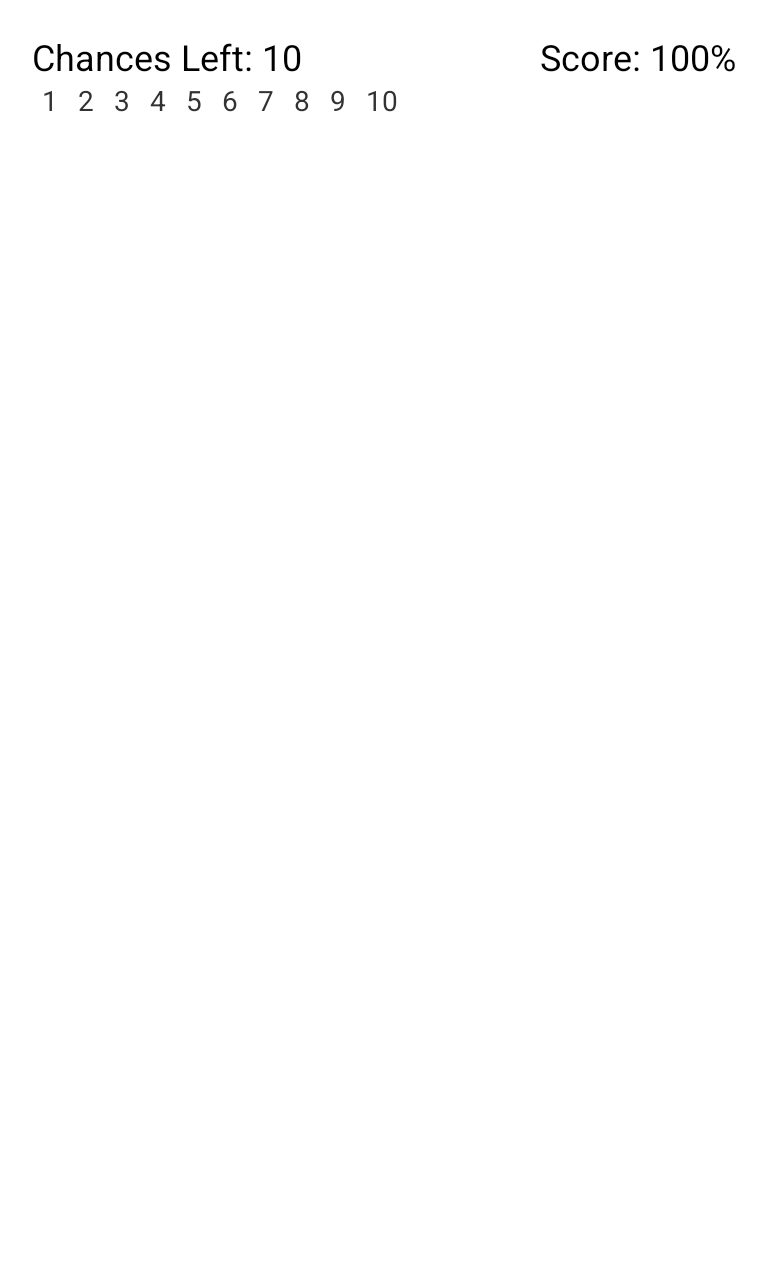
Repository: lethe13/AndroidProgramming
Layout: COMP304-Group1-MicroProject5/res/layout/activity_graphical_guessing_game.xml
The author's editor kept a copy of each file at every save. The layout is drawn from the files as they stood at one save, then again after the next save.
It is drawn on a 768 x 1280 px phone screen (xhdpi) without system bars, with theme AppTheme; the app's code is not run.

Above is the layout before, as saved 2015-11-16 21:18:29.

### COMP304-Group1-MicroProject5/res/layout/activity_graphical_guessing_game.xml
<RelativeLayout xmlns:android="http://schemas.android.com/apk/res/android"
    xmlns:tools="http://schemas.android.com/tools"
    android:layout_width="match_parent"
    android:layout_height="match_parent"
    android:paddingBottom="@dimen/activity_vertical_margin"
    android:paddingLeft="@dimen/activity_horizontal_margin"
    android:paddingRight="@dimen/activity_horizontal_margin"
    android:paddingTop="@dimen/activity_vertical_margin"
    tools:context="com.example.comp304_group1_microproject5.GraphicalGuessingGame" >

     <TextView
        android:id="@+id/lblChance"
        android:layout_width="wrap_content"
        android:layout_height="wrap_content"
        android:text="Chances Left: 10"
        android:textAppearance="?android:attr/textAppearanceMedium" />

     <TextView
        android:id="@+id/lblScore"
        android:layout_width="wrap_content"
        android:layout_height="wrap_content"
        android:text="Score: 100%"
        android:layout_alignParentRight="true"
        android:textAppearance="?android:attr/textAppearanceMedium" />

<!--
    <TextView
        android:id="@+id/lblInput"
        android:layout_width="wrap_content"
        android:layout_height="wrap_content"
        android:layout_marginTop="10dp"
        android:layout_below="@+id/lblChance"
        android:text="Guess a number between 0 and 100!"
        android:textAppearance="?android:attr/textAppearanceMedium" />

    <EditText
        android:id="@+id/txtInput"
        android:layout_width="wrap_content"
        android:layout_height="wrap_content"
        android:layout_below="@+id/lblInput"
        android:inputType="number"
        android:ems="10" >

        <requestFocus />
    </EditText>

   <Button
        android:id="@+id/btnGo"
        android:layout_width="wrap_content"
        android:layout_height="wrap_content"
        android:layout_centerHorizontal="true"
        android:layout_below="@+id/txtInput"
        android:text="Guess" />

    <TextView
       android:id="@+id/lblMessage"
       android:layout_width="wrap_content"
       android:layout_height="wrap_content"
       android:layout_marginTop="10dp"
       android:layout_below="@+id/btnGo"
       android:text="" />

 -->

    <TableLayout
        android:id="@+id/tblGame"
        android:layout_width="wrap_content"
        android:layout_height="wrap_content"
        android:layout_centerVertical="true"
        android:layout_below="@+id/lblChance" >

        <TableRow
            android:id="@+id/tableRow1"
            android:layout_width="wrap_content"
            android:layout_height="wrap_content" >

            <TextView android:id="@+id/tv1"
		       android:layout_width="wrap_content"
		       android:layout_height="wrap_content"
		       android:paddingLeft="5dp"
		       android:paddingRight="5dp"
		       android:text="1" />

            <TextView android:id="@+id/tv2"
		       android:layout_width="wrap_content"
		       android:layout_height="wrap_content"
		       android:paddingLeft="5dp"
		       android:paddingRight="5dp"
		       android:text="2" />

            <TextView android:id="@+id/tv3"
		       android:layout_width="wrap_content"
		       android:layout_height="wrap_content"
		       android:paddingLeft="5dp"
		       android:paddingRight="5dp"
		       android:text="3" />

            <TextView android:id="@+id/tv4"
		       android:layout_width="wrap_content"
		       android:layout_height="wrap_content"
		       android:paddingLeft="5dp"
		       android:paddingRight="5dp"
		       android:text="4" />

            <TextView android:id="@+id/tv5"
		       android:layout_width="wrap_content"
		       android:layout_height="wrap_content"
		       android:paddingLeft="5dp"
		       android:paddingRight="5dp"
		       android:text="5" />

            <TextView android:id="@+id/tv6"
		       android:layout_width="wrap_content"
		       android:layout_height="wrap_content"
		       android:paddingLeft="5dp"
		       android:paddingRight="5dp"
		       android:text="6" />

            <TextView android:id="@+id/tv7"
		       android:layout_width="wrap_content"
		       android:layout_height="wrap_content"
		       android:paddingLeft="5dp"
		       android:paddingRight="5dp"
		       android:text="7" />

            <TextView android:id="@+id/tv8"
		       android:layout_width="wrap_content"
		       android:layout_height="wrap_content"
		       android:paddingLeft="5dp"
		       android:paddingRight="5dp"
		       android:text="8" />

            <TextView android:id="@+id/tv9"
		       android:layout_width="wrap_content"
		       android:layout_height="wrap_content"
		       android:paddingLeft="5dp"
		       android:paddingRight="5dp"
		       android:text="9" />

            <TextView android:id="@+id/tv10"
		       android:layout_width="wrap_content"
		       android:layout_height="wrap_content"
		       android:paddingLeft="5dp"
		       android:paddingRight="5dp"
		       android:text="10" />
        </TableRow>

    </TableLayout>

    <LinearLayout
        android:id="@+id/drawarea"
        android:layout_width="wrap_content"
        android:layout_height="wrap_content"
        android:layout_alignParentRight="true"
        android:layout_below="@+id/lblScore"
        android:orientation="vertical" >
    </LinearLayout>

</RelativeLayout>

Loaded but not shown: COMP304-Group1-MicroProject5/res/values/styles.xml (common file); COMP304-Group1-MicroProject5/res/values-v11/styles.xml (common file); COMP304-Group1-MicroProject5/res/values-v14/styles.xml (common file); COMP304-Group1-MicroProject5/res/values/dimens.xml (common file); COMP304-Group1-MicroProject5/res/values-w820dp/dimens.xml (common file)

After the next save:
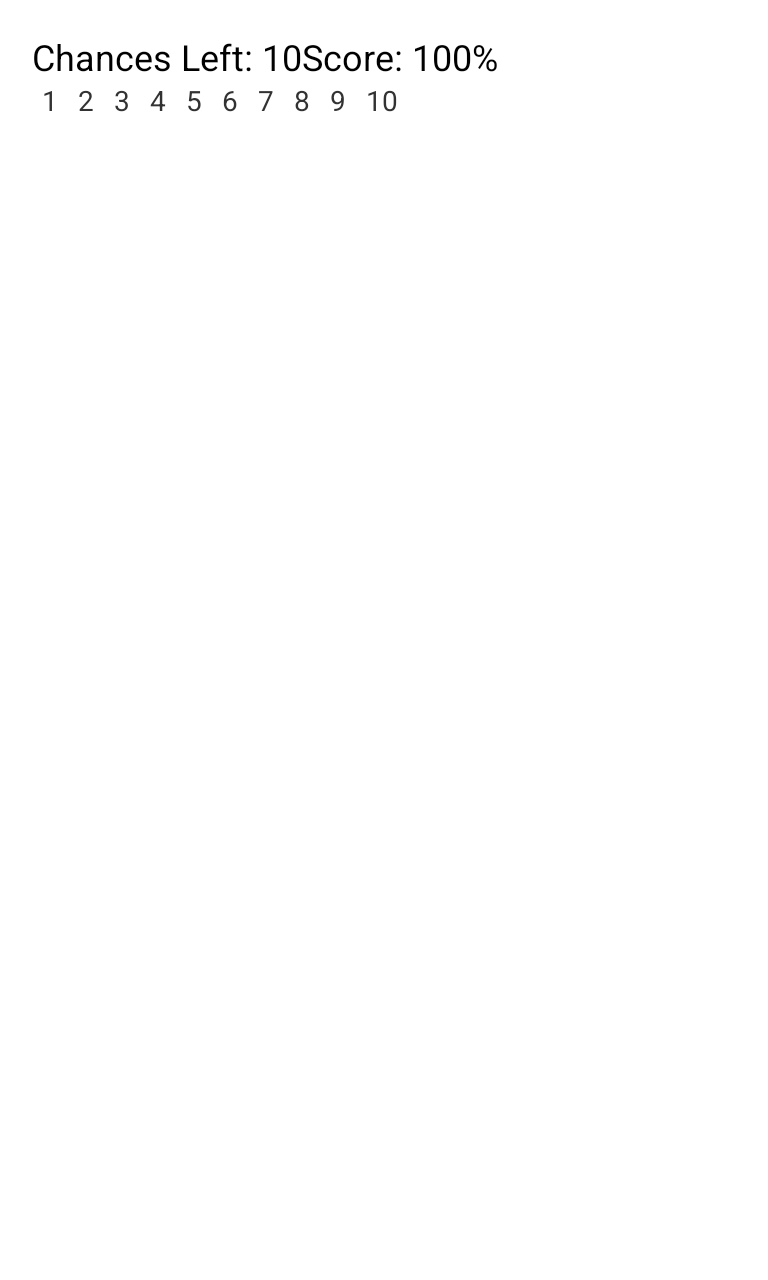
Saved 27 h 6 min later.
--- a/COMP304-Group1-MicroProject5/res/layout/activity_graphical_guessing_game.xml
+++ b/COMP304-Group1-MicroProject5/res/layout/activity_graphical_guessing_game.xml
@@ -20,7 +20,7 @@
         android:layout_width="wrap_content"
         android:layout_height="wrap_content"
         android:text="Score: 100%"
-        android:layout_alignParentRight="true"
+        android:layout_toRightOf="@+id/lblChance"
         android:textAppearance="?android:attr/textAppearanceMedium" />
 
 <!--
@@ -152,7 +152,6 @@
         android:layout_width="wrap_content"
         android:layout_height="wrap_content"
         android:layout_alignParentRight="true"
-        android:layout_below="@+id/lblScore"
         android:orientation="vertical" >
     </LinearLayout>
 
